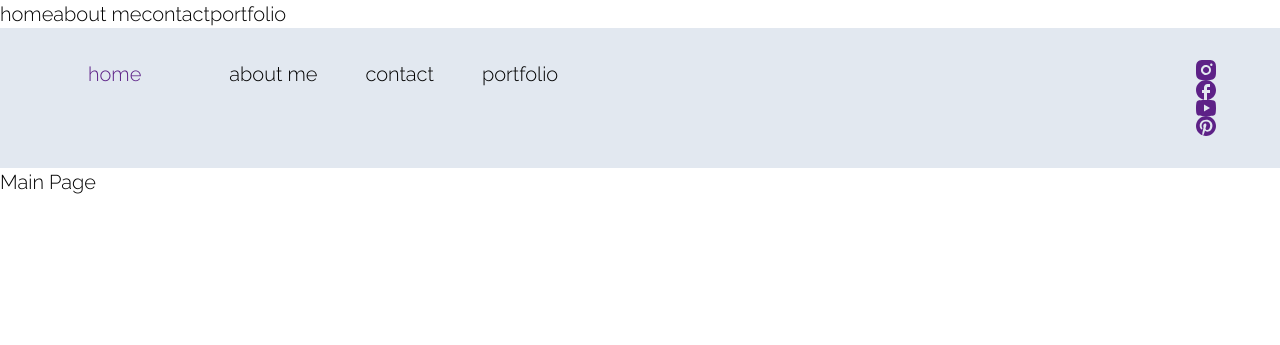
Repository: hubertrh/klaudia-personal-next
Page: /
These files come from the project's save history. The page is drawn as it stood at one moment and after the next save; the edit follows.
The browser window is 1280 px wide. The pictures show the whole page.
The project was rebuilt for these pictures with package versions that can differ from the ones it lists, and the page was loaded fresh each time. The framework's server and built-in components were replaced by stand-ins that run in the browser. Also part of the build but not shown: next.config.js.

Above is the page before, as saved 2023-08-11 18:01:52.

After the next save:
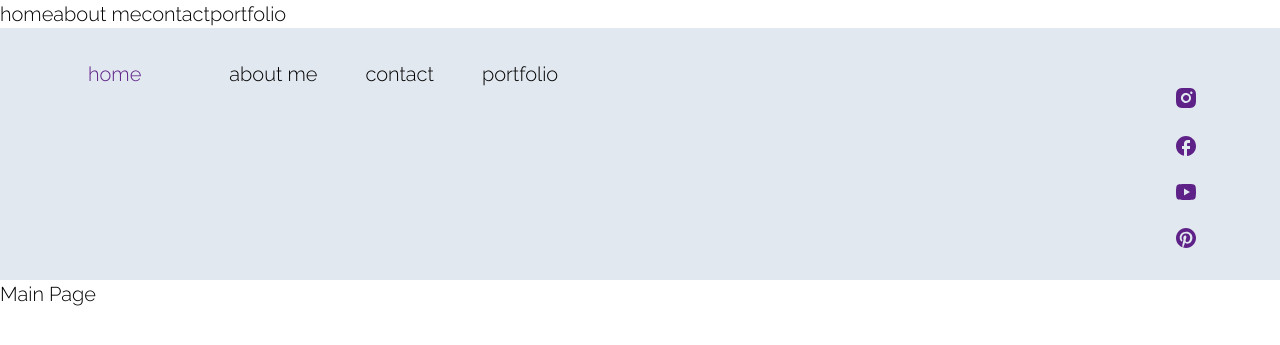
Saved 16 s later.
--- a/app/(site)/layout.tsx
+++ b/app/(site)/layout.tsx
@@ -32,7 +32,7 @@ export default function RootLayout({
             <Link href="#!">contact</Link>
             <Link href="/portfolio">portfolio</Link>
           </nav>
-          <div>
+          <div className="social-icons">
             <Link href="https://www.instagram.com/_klaudiarogala/">
               <Image src={igIcon} alt="Instagram icon" />
             </Link>
